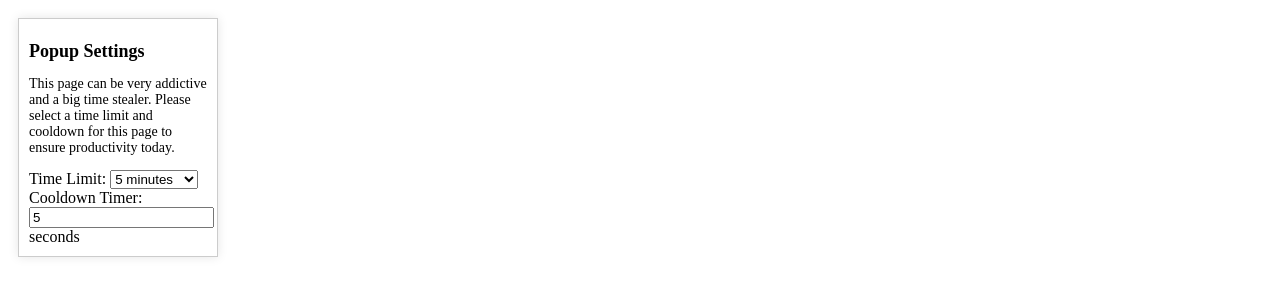
Repository: AndrlmMass/Time-management-chrome-extension
Page: popup2.html
The author's editor kept a copy of each file at every save. The page is drawn from the files as they stood at one save, then again after the next save.
The browser window is 1280 px wide. The pictures show the whole page.

Above is the page before, as saved 2023-08-24 20:38:22.

### popup2.html
<!DOCTYPE html>
<html>
<head>
  <title>My Extension Popup</title>
  <link rel="stylesheet" type="text/css" href="popup.css">
  <script src="popup.js"></script>
</head>
<body>
  <div id="popup-container">
    <h1>Popup Settings</h1>
    <p>This page can be very addictive and a big time stealer. Please select a time limit and cooldown for this page to ensure productivity today.</p>
    <label for="time-limit">Time Limit:</label>
    <select id="time-limit" name="time-limit">
      <option value="300">5 minutes</option>
      <option value="600">10 minutes</option>
      <option value="1800">30 minutes</option>
      <option value="2700">45 minutes</option>
      <option value="3600">1 hour</option>
      <option value="7200">2 hours</option>
      <option value="10800">3 hours</option>
      <option value="14400">4 hours</option>
      <option value="18000">5 hours</option>
    </select>
    <br>
    <label for="cooldown">Cooldown Timer:</label>
    <input type="number" id="cooldown" name="cooldown" min="1" value="5"> seconds
  </div>
</body>
</html>

### popup.css
body {
  width: 200px;
  padding: 10px;
}

#popup-container {
  padding: 10px;
  background-color: #fff;
  border: 1px solid #ccc;
  box-shadow: 0 0 10px rgba(0, 0, 0, 0.1);
}

h1 {
  font-size: 18px;
  margin-bottom: 10px;
}

p {
  font-size: 14px;
}

#close-button {
  margin-top: 10px;
  display: none;
}

### popup.js
document.addEventListener("DOMContentLoaded", function () {
  var closeButton = document.querySelector(".popup-close");
  var popupContainer = document.getElementById("popup-container");
  });

After the next save:
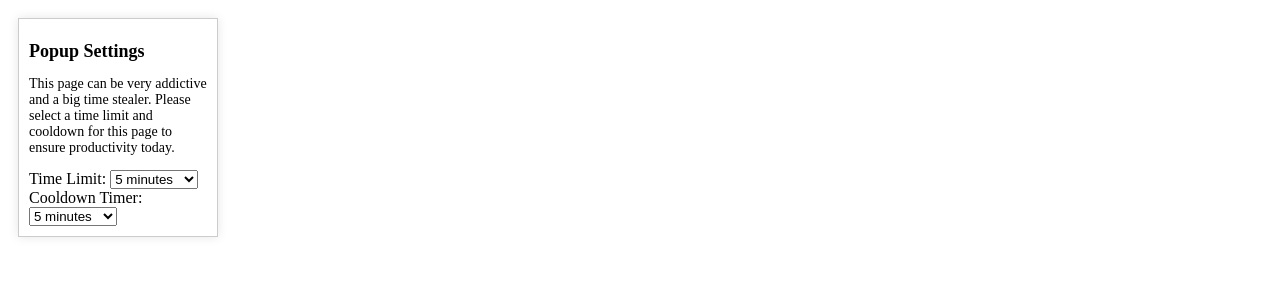
Saved 82 s later.
--- a/popup2.html
+++ b/popup2.html
@@ -23,7 +23,17 @@
     </select>
     <br>
     <label for="cooldown">Cooldown Timer:</label>
-    <input type="number" id="cooldown" name="cooldown" min="1" value="5"> seconds
+    <select id="time-limit" name="time-limit">
+      <option value="300">5 minutes</option>
+      <option value="600">10 minutes</option>
+      <option value="1800">30 minutes</option>
+      <option value="2700">45 minutes</option>
+      <option value="3600">1 hour</option>
+      <option value="7200">2 hours</option>
+      <option value="10800">3 hours</option>
+      <option value="14400">4 hours</option>
+      <option value="18000">5 hours</option>
+    </select>
   </div>
 </body>
 </html>
